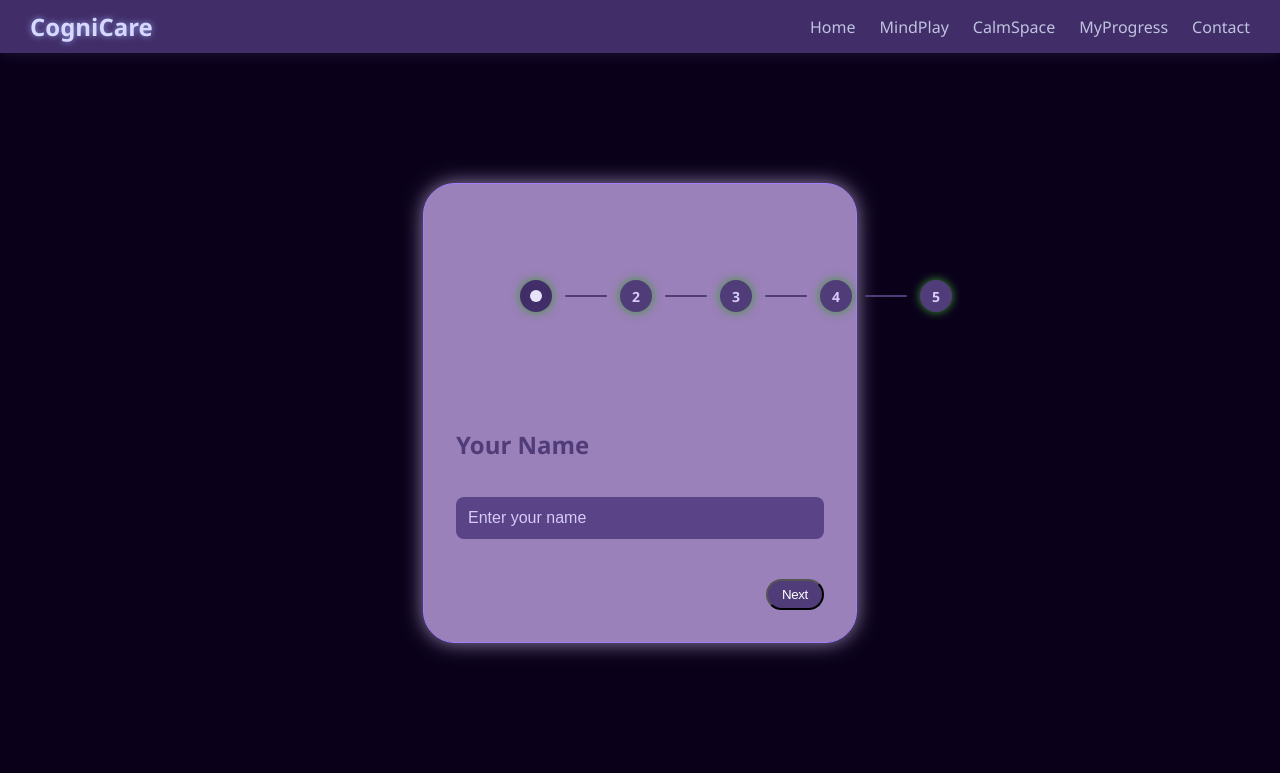
Repository: rujularaut/CogniCare
Page: /signup
The author's editor kept a copy of each file at every save. The page is drawn from the files as they stood at one save, then again after a run of saves.
The browser window is 1280 px wide. The pictures show the whole page.
The project was rebuilt for these pictures with package versions that can differ from the ones it lists, and the page was loaded fresh each time. Also part of the build but not shown: src/components/Welcome.css, src/components/Welcome.js, src/components/Particles.css, src/components/Particles.js, src/components/Meditation.css, src/components/Meditation.js, src/components/Signup.css, src/components/Signup.js and 2 more.

Above is the page before, as saved 2025-06-24 15:17:36.

After the next 3 saves:
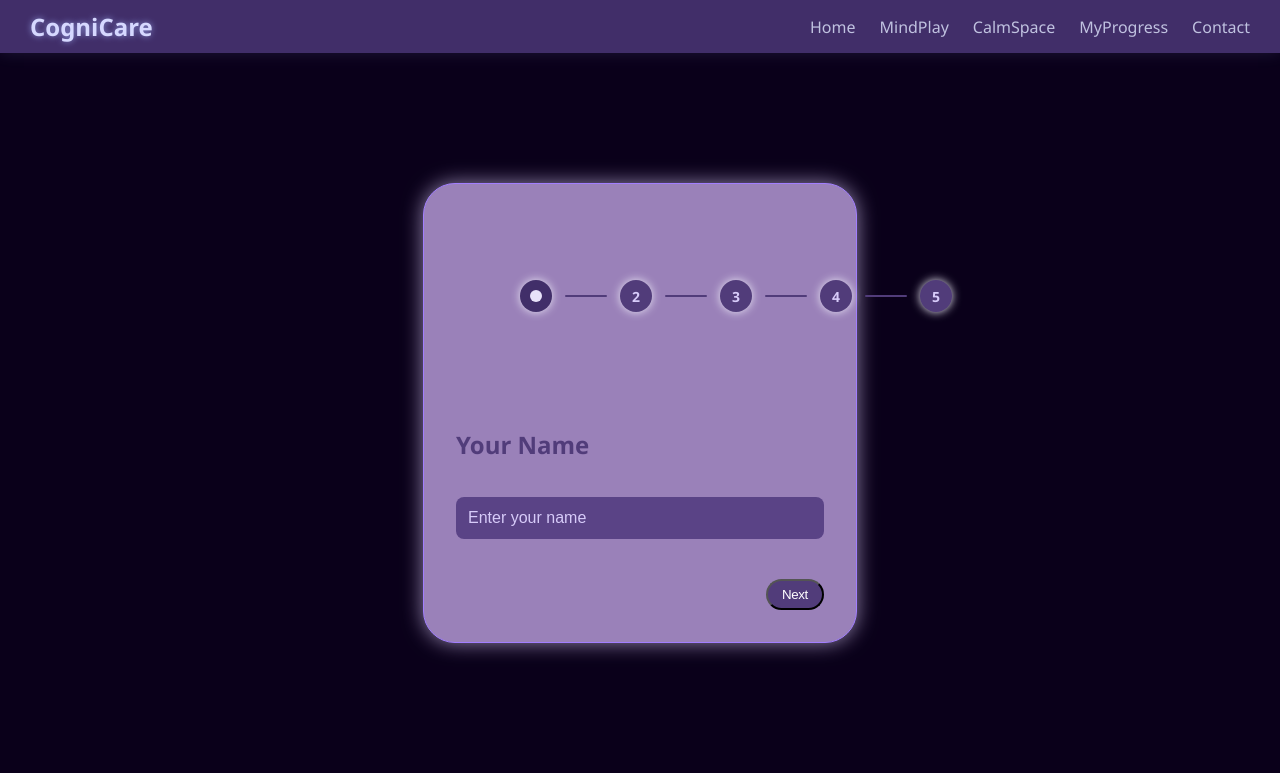
The 3 saves are shown as one change because they came seconds apart.
The last was saved 11 s later.
--- a/src/components/Stepper.css
+++ b/src/components/Stepper.css
@@ -126,7 +126,7 @@
   background-color: #46a451; /* neon blue */
   color:#e8e2f9;
 ;
-  box-shadow: 0 0 10px #3d9831;
+  box-shadow: 0 0 10px #ebe8f6;
 }
 
 .active-dot {
